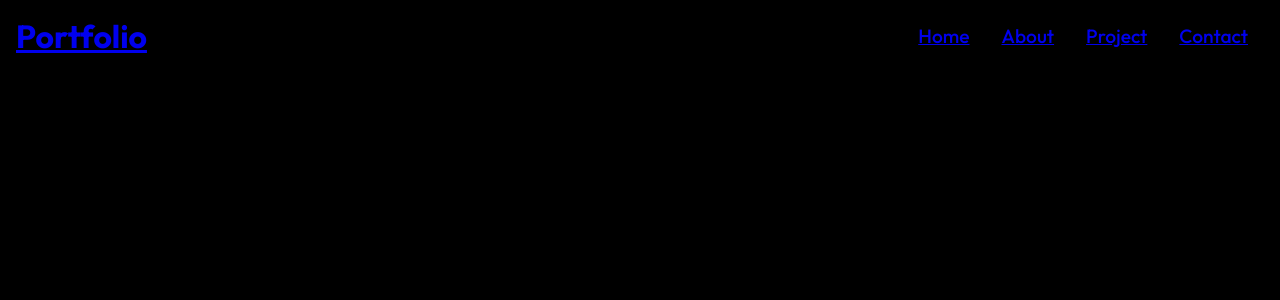
Repository: Hrishabhsinghai/Portfolio
Page: /
These files come from the project's save history. The page is drawn as it stood at one moment and after the next save; the edit follows.
The browser window is 1280 px wide. The pictures show the whole page.
The project was rebuilt for these pictures with package versions that can differ from the ones it lists, and the page was loaded fresh each time. Also part of the build but not shown: src/routes/About.js, src/routes/Project.js, src/routes/Contact.js.

Above is the page before, as saved 2023-12-31 20:56:15.

### src/index.css
@import url("https://fonts.googleapis.com/css2?family=Orbitron&family=Outfit:wght@100;200;300;400;500;600;700;800;900&display=swap");
* {
  box-sizing: border-box;
  margin: 0;
  padding: 0;
  font-family: "Outfit", sans-serif;
}

body {
  background: black;
}

h1,
h4,
p,
a {
}

### src/App.js
import "./index.css";
import Home from "./routes/Home";
import About from "./routes/About";
import Project from "./routes/Project";
import Contact from "./routes/Contact";
import { Route, Routes } from "react-router-dom";

function App() {
  return (
    <>
      <Routes>
        <Route path="/" element={<Home />} />{" "}
        <Route path="/project" element={<Project />} />{" "}
        <Route path="/About" element={<About />} />{" "}
        <Route path="/Contact" element={<Contact />} />{" "}
      </Routes>{" "}
    </>
  );
}

export default App;

### src/components/Navbar.js
import { Link } from "react-router-dom";
import "./NavbarStyles.css";

import React from "react";

const Navbar = () => {
  return (
    <div className="header">
      <Link to="/">
        {" "}
        <h1> Portfolio </h1>{" "}
      </Link>{" "}
      <ul className="nav-menu">
        <li>
          <Link to="/"> Home </Link>{" "}
        </li>{" "}
        <li>
          <Link to="/About"> About </Link>{" "}
        </li>{" "}
        <li>
          <Link to="/Project"> Project </Link>{" "}
        </li>{" "}
        <li>
          <Link to="/Contact"> Contact </Link>{" "}
        </li>{" "}
      </ul>{" "}
    </div>
  );
};

export default Navbar;

### src/components/NavbarStyles.css
.nav-menu {
  display: flex;
}

.nav-menu li {
  padding: 0 1rem;
}

.nav-menu li a {
  font-size: 1.2rem;
  font-weight: 500;
}

.header {
  display: flex;
  justify-content: space-between;
  align-items: center;
  padding: 1rem;
}

Loaded but not shown: public/index.html (common file); src/index.js (common file); src/routes/Home.js (common file)

After the next save:
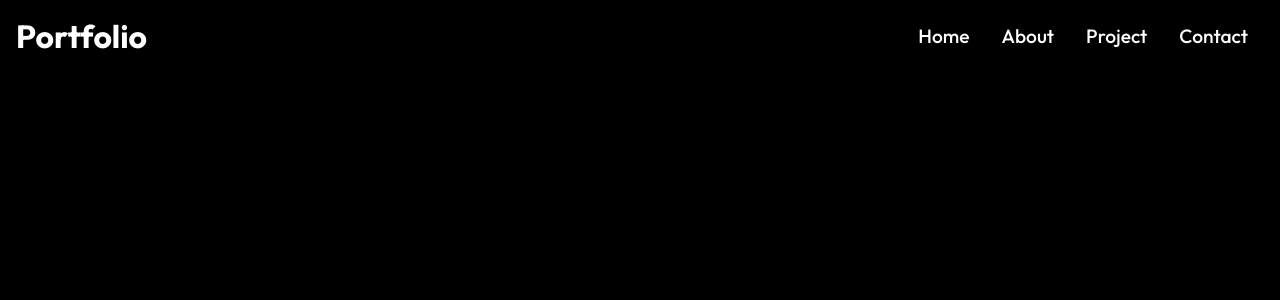
Saved 22 s later.
--- a/src/index.css
+++ b/src/index.css
@@ -14,4 +14,6 @@ h1,
 h4,
 p,
 a {
+  color: #fff;
+  text-decoration: none;
 }
